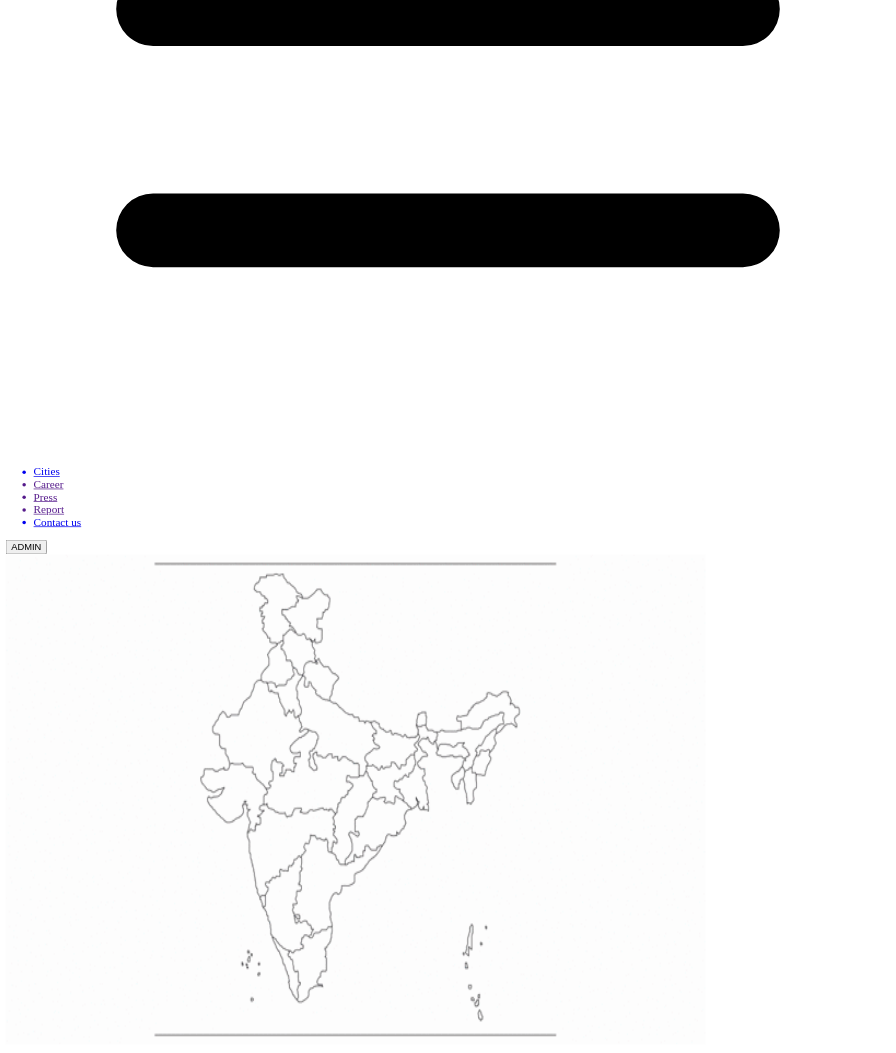
Repository: MinorLeopard/barbweb
Page: /Cities
The author's editor kept a copy of each file at every save. The page is drawn from the files as they stood at one save, then again after the next save.
The browser window is 1280 px wide. The pictures show the part of the page from y = 670 to 2590 px (the page is 2174 px tall before and 2590 px after), at 70% of full size.
The project was rebuilt for these pictures with package versions that can differ from the ones it lists, and the page was loaded fresh each time. The framework's server and built-in components were replaced by stand-ins that run in the browser. Also part of the build but not shown: components/Dropdown.tsx.

Above is the page before, as saved 2022-01-10 19:56:32.

### pages/_app.js
import 'tailwindcss/tailwind.css'
import Navbar from '../components/Navbar'

function MyApp({ Component, pageProps }) {

  return <>
  <Navbar/>
  <Component {...pageProps} />
  </>
}

export default MyApp

### pages/Cities.tsx
import Image from 'next/image'
const Cities = () => {
    return (
        <>
        <div className='grid grid-cols-2 gap-4'>

            <Image className='mr-0'
              src={require('../images/ggn.gif')}
              height={700}
              width={1000}
            />
            </div>
        </>
    )
}

export default Cities

### components/Navbar.js
import { MenuIcon } from '@heroicons/react/outline'
import { useState } from 'react'
import Link from 'next/link'
import Dropdown from './Dropdown.tsx'

const Navbar = () => {
  const [drop, setDrop] = useState(false)
  return (
    <nav className="p-3 sticky bg-white mb-2 z-[99] top-0  flex w-full justify-between md:justify-evenly items-center   ">
      <div>
        <Link href="/">
          <p className="text-4xl cursor-pointer">BARB 💇‍♂️</p>
        </Link>
      </div>
      <div>
        <div className="flex flex-col md:hidden">
          <MenuIcon
            onClick={() => {
              if (drop == true) {
                setDrop(false)
              } else {
                setDrop(true)
              }
            }}
            className="transition-all transform cursor-pointer h-7 w-7 md:hidden"
          />
          <div className="">{drop ? <Dropdown /> : null}</div>
        </div>

        <ul className="hidden space-x-5 md:flex">

          <a href="/Cities">
            <li className="transition-all duration-150 transform hover:scale-105 hover:underline">
              Cities
            </li>
          </a>
          <a href="">
            <li className="transition-all duration-150 transform hover:scale-105 hover:underline">
              Career
            </li>
          </a>
          <a href="">
            <li className="transition-all duration-150 transform hover:scale-105 hover:underline">
              Press
            </li>
          </a>
          <a href="">
            <li className="transition-all duration-150 transform hover:scale-105 hover:underline">
              Report
            </li>
          </a>

          <a href="/contactUs">
            <li className="transition-all duration-150 transform hover:scale-105 hover:underline">
              Contact us
            </li>
          </a>
        </ul>
      </div>

      <div>
        <a href="/login" className="">

        <button class="bg-gray-500 hover:bg-gray-700 text-white font-bold py-2 px-4 rounded">
  ADMIN
</button>
        </a>
      </div>
    </nav>
  )
}

export default Navbar

After the next save:
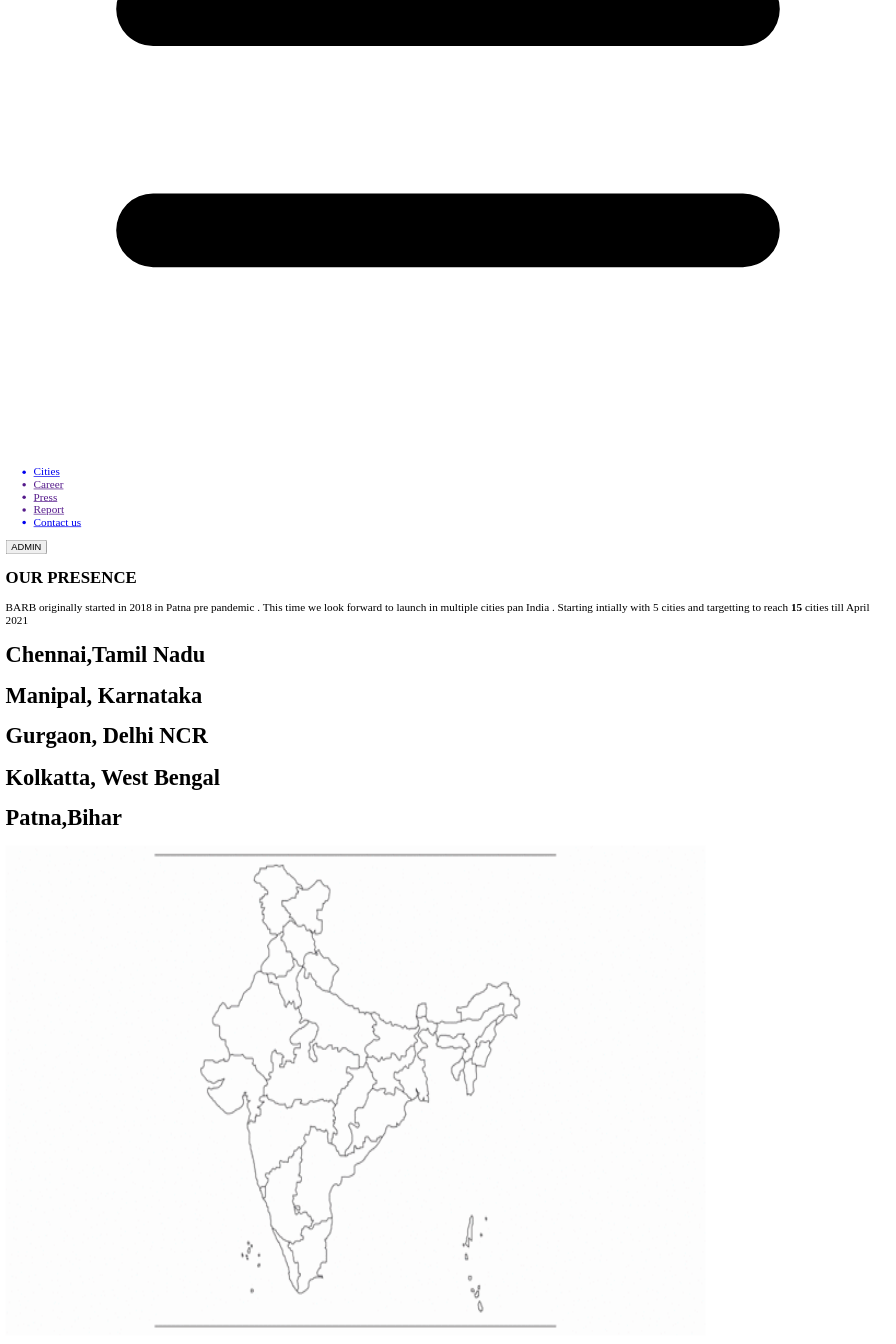
Saved 37 s later.
--- a/pages/Cities.tsx
+++ b/pages/Cities.tsx
@@ -2,15 +2,120 @@
 const Cities = () => {
     return (
         <>
-        <div className='grid grid-cols-2 gap-4'>
+<div className="w-screen mt-10">
+                <nav className="bg-white shadow-lg">
+                    <div className="items-center justify-between px-8 py-2 md:flex md:px-12">
+                        <div className="flex items-center justify-between"></div>
+                    </div>
+                </nav>
+                <div className="flex bg-white">
+                    <div className="flex items-center px-8 text-center lg:text-left md:px-12 lg:w-1/2">
+                        <div>
+                            <h2 className="font-normal text-gray-800 text-7xl md:text-6xl">OUR <span className="font-extrabold text-gray-500">PRESENCE</span></h2>
+                            <p className="text-lg text-gray-500 mt-7 md:text-base">
+                                BARB originally started in 2018 in Patna pre pandemic . This time we look forward to launch in multiple cities pan India . Starting intially with 5 cities and targetting to reach <b>15</b> cities till April 2021
+                                <br />
 
-            <Image className='mr-0'
-              src={require('../images/ggn.gif')}
-              height={700}
-              width={1000}
-            />
+                            </p>
+                            <div className="relative w-10/12 py-20 mx-auto -mt-10 md:w-7/12 lg:6/12">
+      <div className="border-l-2 ">
+
+        <div className="relative flex flex-col items-center px-6 py-4 mb-10 ml-10 space-y-4 text-white transition transform bg-gray-600 rounded cursor-pointer hover:-translate-y-2 md:flex-row md:space-y-0">
+
+          <div className="absolute z-10 w-5 h-5 mt-2 transform bg-gray-600 rounded-full -left-10 -translate-x-2/4 md:mt-0"></div>
+
+
+          <div className="absolute z-0 w-10 h-1 bg-gray-600 -left-10"></div>
+
+
+          <div className="flex-auto">
+
+            <h1 className="text-xl font-bold">Chennai,Tamil Nadu</h1>
+
+          </div>
+
+        </div>
+
+
+        <div className="relative flex flex-col items-center px-6 py-4 mb-10 ml-10 space-y-4 text-white transition transform bg-gray-400 rounded cursor-pointer hover:-translate-y-2 md:flex-row md:space-y-0">
+
+          <div className="absolute z-10 w-5 h-5 mt-2 transform bg-gray-400 rounded-full -left-10 -translate-x-2/4 md:mt-0"></div>
+
+          <div className="absolute z-0 w-10 h-1 bg-gray-400 -left-10"></div>
+
+          <div className="flex-auto">
+
+            <h1 className="text-xl font-bold">Manipal, Karnataka</h1>
+
+          </div>
+
+        </div>
+
+        <div className="relative flex flex-col items-center px-6 py-4 mb-10 ml-10 space-y-4 text-white transition transform bg-gray-600 rounded cursor-pointer hover:-translate-y-2 md:flex-row md:space-y-0">
+
+          <div className="absolute z-10 w-5 h-5 mt-2 transform bg-gray-600 rounded-full -left-10 -translate-x-2/4 md:mt-0"></div>
+
+          <div className="absolute z-0 w-10 h-1 bg-gray-600 -left-10"></div>
+
+          <div className="flex-auto">
+
+            <h1 className="text-xl font-bold">Gurgaon, Delhi NCR</h1>
+
+          </div>
+
+        </div>
+
+
+        <div className="relative flex flex-col items-center px-6 py-4 mb-10 ml-10 space-y-4 text-white transition transform bg-gray-400 rounded cursor-pointer hover:-translate-y-2 md:flex-row md:space-y-0">
+
+          <div className="absolute z-10 w-5 h-5 mt-2 transform bg-gray-400 rounded-full -left-10 -translate-x-2/4 md:mt-0"></div>
+
+
+          <div className="absolute z-0 w-10 h-1 bg-gray-400 -left-10"></div>
+
+
+          <div className="flex-auto">
+
+            <h1 className="text-xl font-bold">Kolkatta, West Bengal</h1>
+
+          </div>
+
+        </div>
+
+
+        <div className="relative flex flex-col items-center px-6 py-4 mb-10 ml-10 text-white transition transform bg-gray-600 rounded cursor-pointer hover:-translate-y-2 md:flex-row">
+
+          <div className="absolute z-10 w-5 h-5 -mt-2 transform bg-gray-600 rounded-full -left-10 -translate-x-2/4 md:mt-0"></div>
+
+          <div className="absolute z-0 w-10 h-1 bg-gray-600 -left-10"></div>
+
+
+          <div className="flex-auto">
+            <h1 className="text-xl font-bold">Patna,Bihar</h1>
+
+          </div>
+
+        </div>
+      </div>
+    </div>
+                        </div>
+                    </div>
+                    <div className="hidden lg:block lg:w-1/2">
+                        <div className="object-cover ">
+                            <div>
+                            <Image className='mt-20 mr-0'
+                                src={require('../images/ggn.gif')}
+                                height={700}
+                                width={1000} />
+                                </div>
+
+
+                        </div>
+                    </div>
+                </div>
             </div>
-        </>
+            </>
+
     )
 }
 
